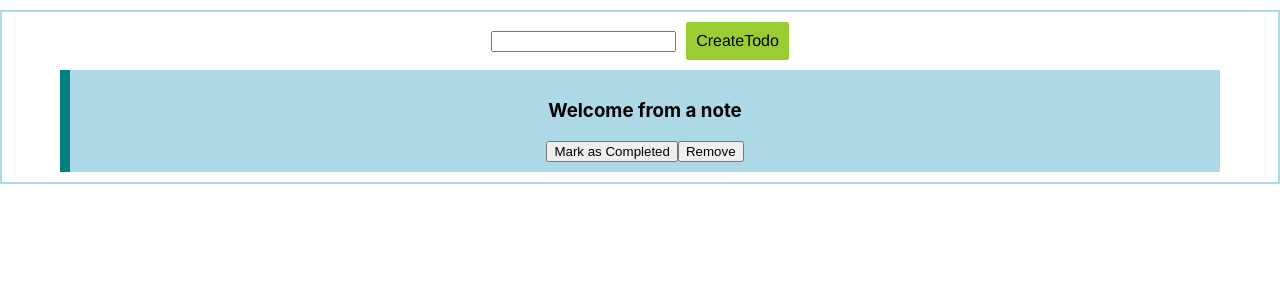
Repository: CaptainStorm21/react-ecosystem-course
Page: /
These files come from the project's save history. The page is drawn as it stood at one moment and after the next save; the edit follows.
The browser window is 1280 px wide. The pictures show the whole page.
The project was rebuilt for these pictures with package versions that can differ from the ones it lists, and the page was loaded fresh each time.

Above is the page before, as saved 2020-05-30 17:44:18.

### src/App.js
import React from 'react';
import './App.css';
import TodoList from './todos/TodoList'

function App() {
  return (
    <div className="App">
      <TodoList/>
    </div>
  );
}

export default App;

### src/todos/TodoList.js
import React from 'react';
import NewTodoForm from './NewTodoForm';
import TodoListItem from './TodoListItem';
import './TodoList.css';


const TodoList = ({ todos = [{ text: "Welcome from a note" }] }) => (
    <div className="list-wrapper">
        <NewTodoForm/>
        {todos.map(todo => <TodoListItem todo={todo} />)}
    </div>
)

export default TodoList;

### src/todos/NewTodoForm.js
import React, { useState } from 'react';
import './NewTodoForm.css';

const NewTodoForm = () => {
    const [inputValue, setInputValue] = useState(' ');
   return (
        <div className="new-todo-form">
           <input className="new-todo-input"
               type="text"
               value={inputValue}
               onChange = { e => setInputValue (e.target.value)}
           />
            <button className="newTodo">CreateTodo</button>
        </div>
    );
};
export default NewTodoForm;

### src/todos/TodoListItem.js
import React from "react";

const TodoListItem = ({ todo }) => (
  <div className="todo-item-container">
    <h3>{todo.text}</h3>
    <div className="button -container">
      <button className="completed-button"> Mark as Completed</button>
      <button className="remove-button"> Remove</button>
    </div>
  </div>
);

export default TodoListItem;

### src/todos/TodoList.css
.list-wrapper{
    border: 2px solid lightblue;
    padding: 10px;
    margin-top: 10px;
}

### src/todos/NewTodoForm.css
.todo-item-container{
    width: 90%;
    margin: 0 auto;
    padding: 10px;
    border-left: 10px solid teal;
    background-color: lightblue;
    margin-top: 10px;
}

.newTodo{
    background-color: yellowgreen;
    padding: 10px;
    border: 0;
    margin-left: 10px;
    font-size: medium;
    font-family: 'Franklin Gothic Medium', 'Arial Narrow', Arial, sans-serif;
    border-radius: 2px;
}

Loaded but not shown: public/index.html (common file); src/index.js (common file); src/index.css (common file); src/serviceWorker.js (common file); src/App.css (common file)

After the next save:
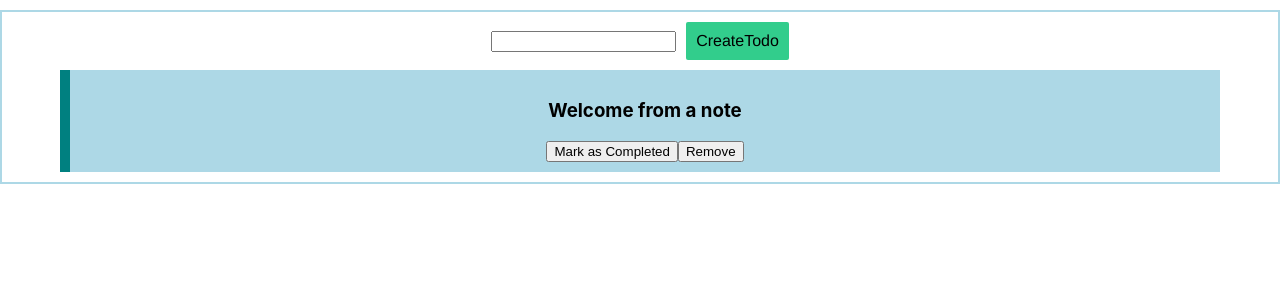
Saved 23 s later.
--- a/src/todos/NewTodoForm.css
+++ b/src/todos/NewTodoForm.css
@@ -8,7 +8,7 @@
 }
 
 .newTodo{
-    background-color: yellowgreen;
+    background-color: rgb(50, 205, 140);
     padding: 10px;
     border: 0;
     margin-left: 10px;
